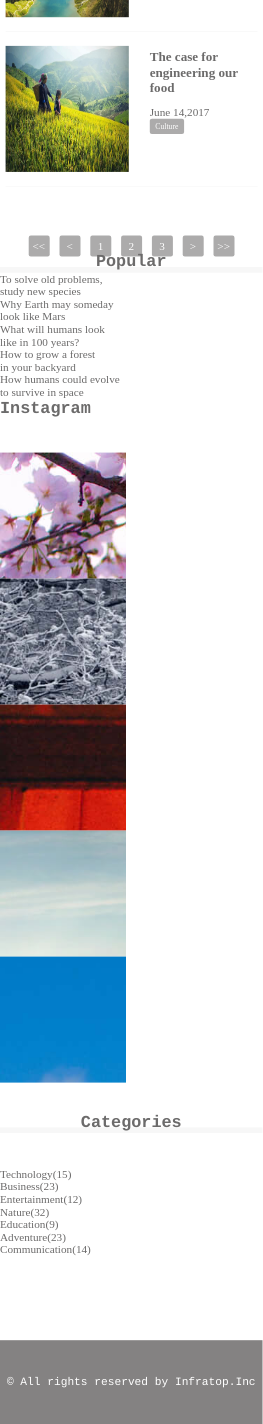
Repository: dsjanainoyo/html
Page: caravan/index.html
The author's editor kept a record of every edit. The page is drawn from the files as they stood at one moment, then again after the next edit.
The browser window is 375 px wide. The pictures show the part of the page from y = 1432 to 3672 px (the page is 3466 px tall before and 3672 px after), at 70% of full size.
Some web libraries are served in a nearby version.

Above is the page before.

After the next edit:
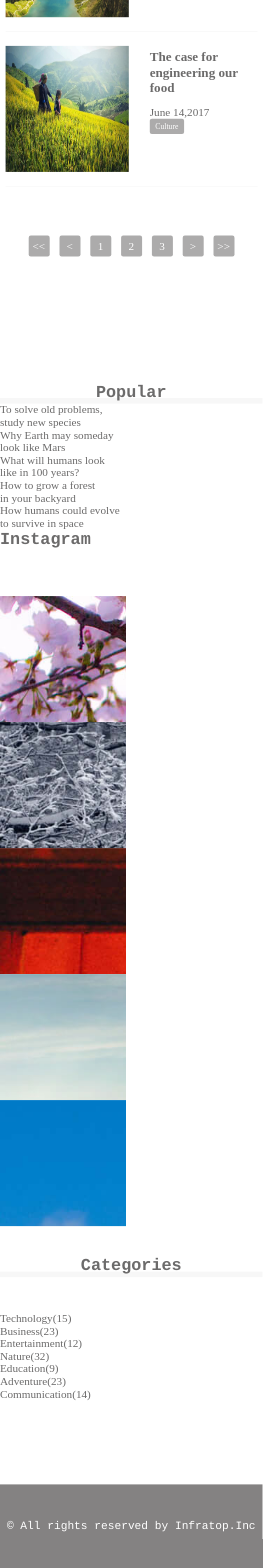
The edit:
--- a/caravan/style.css
+++ b/caravan/style.css
@@ -285,8 +285,14 @@
    padding-top:48%;
  }
 
-
- }
-
-
-}
+ .instagram-box:nth-child(odd){
+   margin-right:4%;
+ }
+
+ .pagination{
+   margin-bottom:50%;
+ }
+
+
+
+}
